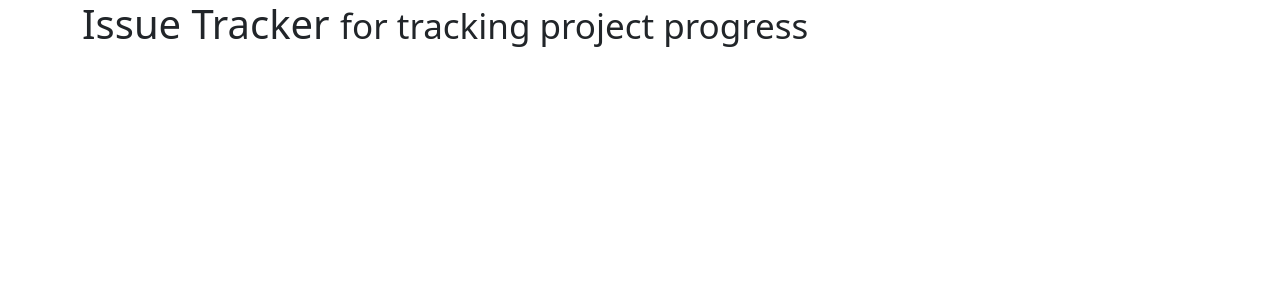
Repository: dvynchi/issue-tracker
Page: index.html
An editor plug-in stored every save of this project. The page is shown before and after the next save, followed by the edit.
The browser window is 1280 px wide. The pictures show the whole page.

Above is the page before, as saved 2022-08-19 11:36:53.

After the next save:
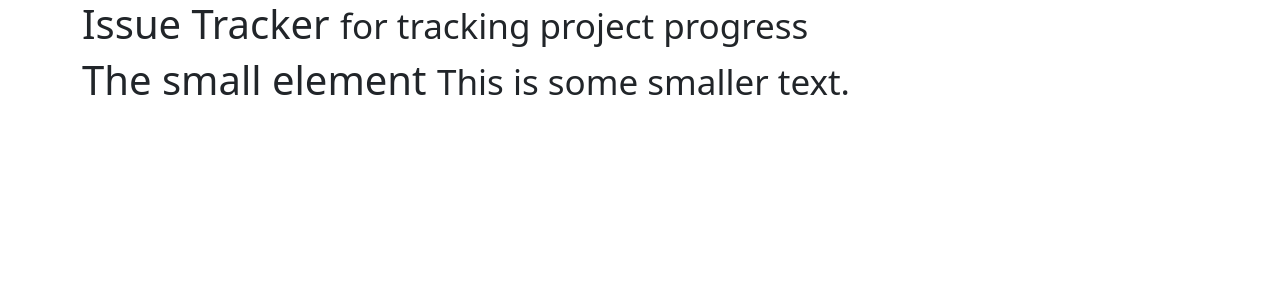
Saved 2 min 41 s later.
--- a/index.html
+++ b/index.html
@@ -13,6 +13,7 @@
 
     <div class="container">
         <h1>Issue Tracker <small>for tracking project progress</small></h1>
+        <h1>The small element <small>This is some smaller text.</small>
     </div>
 
 

After the save that followed:
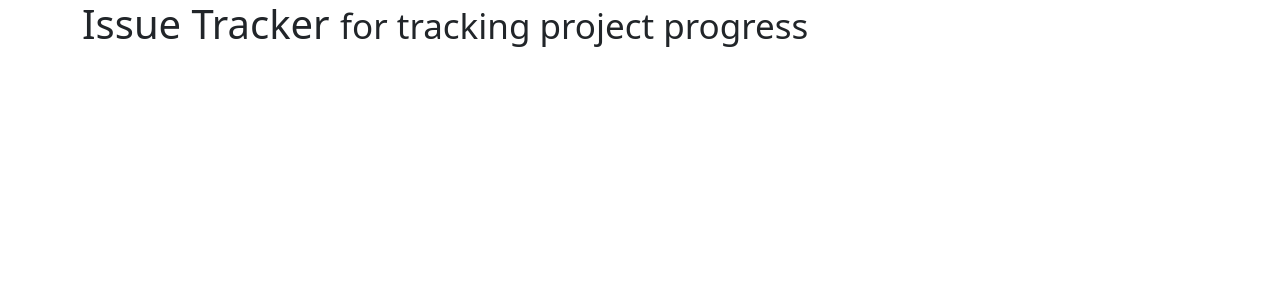
Saved 100 s later.
--- a/index.html
+++ b/index.html
@@ -13,7 +13,9 @@
 
     <div class="container">
         <h1>Issue Tracker <small>for tracking project progress</small></h1>
-        <h1>The small element <small>This is some smaller text.</small>
+        <!-- Input form -->
+
+
     </div>
 
 
